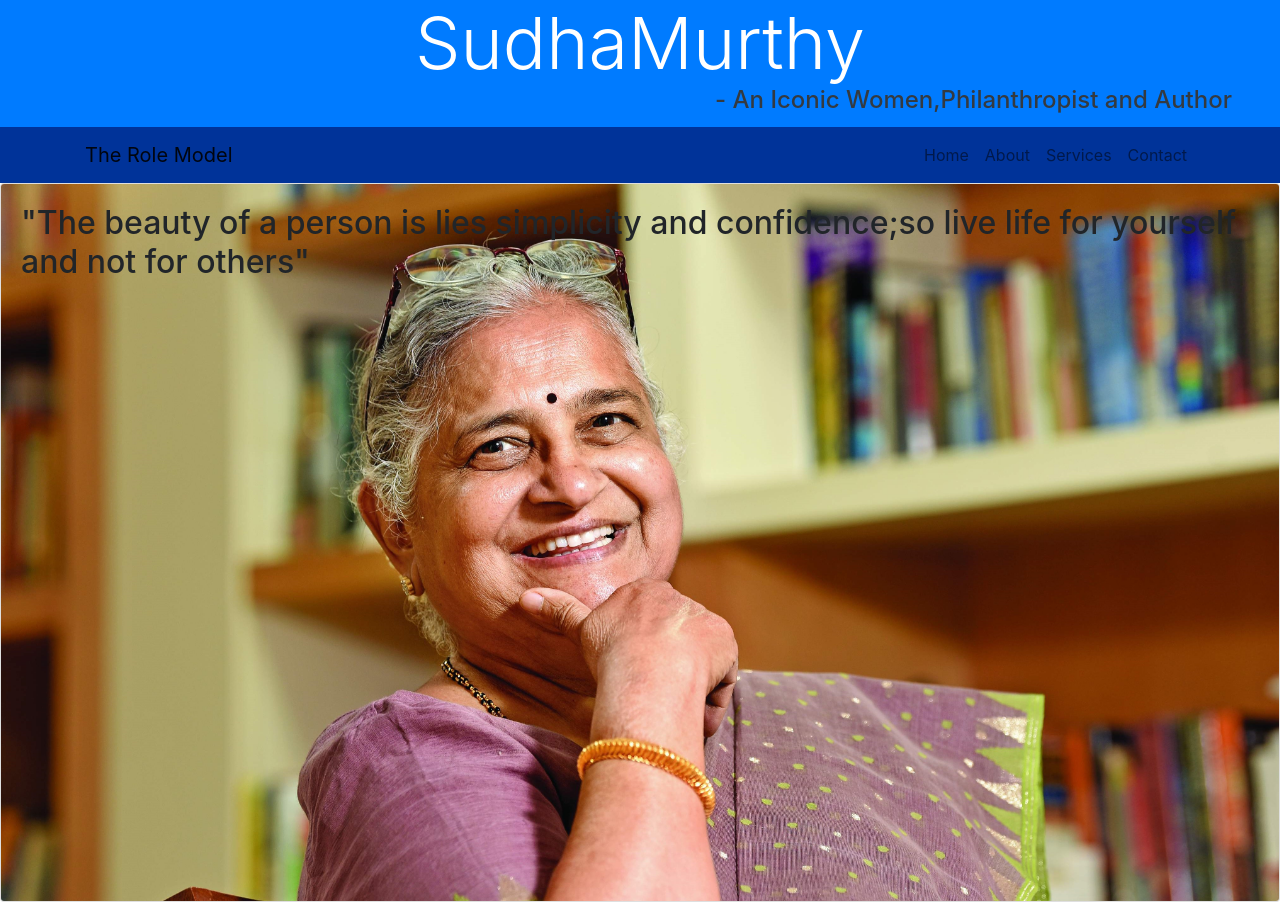
Repository: sumanthr18/RoleModel
Page: index.html
An editor plug-in stored every save of this project. The page is shown before and after the next save, followed by the edit.
The browser window is 1280 px wide. The pictures show the whole page.

Above is the page before, as saved 2020-03-14 16:48:48.

### index.html
<!DOCTYPE html>
<html lang="en">
<head>
    <meta charset="UTF-8">
    <meta name="viewport" content="width=device-width, initial-scale=1.0">
    <title>SudhaMurthy</title>
    <link rel="stylesheet" href="https://stackpath.bootstrapcdn.com/bootstrap/4.4.1/css/bootstrap.min.css" integrity="sha384-Vkoo8x4CGsO3+Hhxv8T/Q5PaXtkKtu6ug5TOeNV6gBiFeWPGFN9MuhOf23Q9Ifjh" crossorigin="anonymous">
</head>
<body>
    <header class="bg-primary pb-1">
        <h1 class="display-3 text-center my-0 text-white ">SudhaMurthy</h1>
        <h4 class="text-right mr-5 text-dark">- An Iconic Women,Philanthropist and Author</h4>
    </header>
    <nav style="background-color: #003399;" class="navbar navbar-expand-sm navbar-light mb-0">
        <div class="container">
            <a class="navbar-brand" href="#">The Role Model</a>
            <button class="navbar-toggler" data-toggle="collapse" data-target="#navbarNav">
                <span class="navbar-toggler-icon"></span>
            </button>
            <div class="collapse navbar-collapse" id="navbarNav">
                <ul class="navbar-nav ml-auto">
                    <li class="nav-item">
                        <a class="nav-link" href="#">Home</a>
                    </li>
                    <li class="nav-item">
                        <a class="nav-link" href="#">About</a>
                    </li>
                    <li class="nav-item">
                        <a class="nav-link" href="#">Services</a>
                    </li>
                    <li class="nav-item">
                        <a class="nav-link" href="#">Contact</a>
                    </li>
                </ul>
            </div>
        </div>
    </nav>
    <div class="card">
        <img class="card-img" src="Sudha_Murty_1-update.jpg">
        <div class="card-img-overlay">
            <h2 class="card-text">"The beauty of a person is lies simplicity and confidence;so live life for yourself and not for others"</h2>
        </div>
    </div>
</body>
</html>

After the next save:
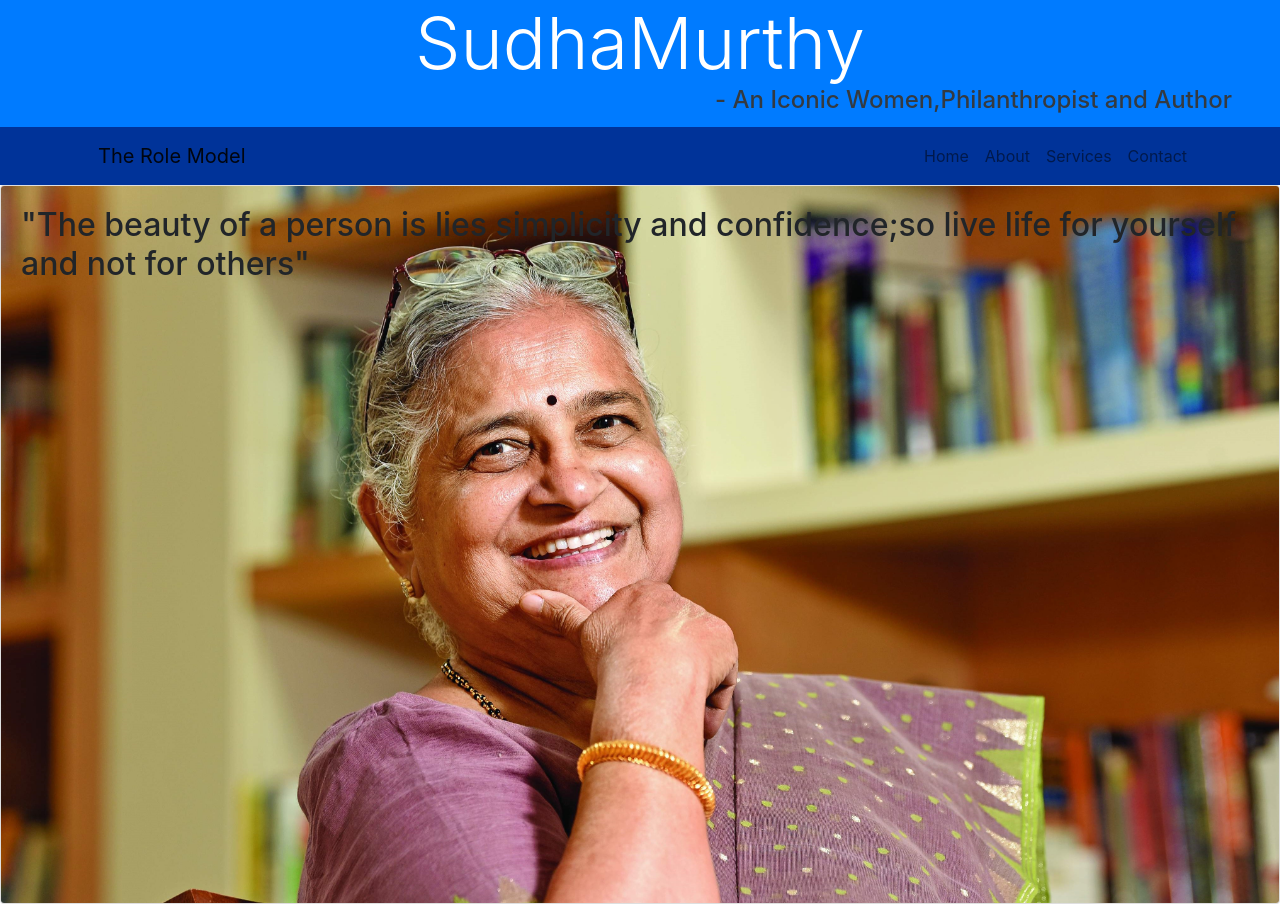
Saved 13 s later.
--- a/index.html
+++ b/index.html
@@ -13,7 +13,7 @@
     </header>
     <nav style="background-color: #003399;" class="navbar navbar-expand-sm navbar-light mb-0">
         <div class="container">
-            <a class="navbar-brand" href="#">The Role Model</a>
+            <a class="navbar-brand btn" href="#">The Role Model</a>
             <button class="navbar-toggler" data-toggle="collapse" data-target="#navbarNav">
                 <span class="navbar-toggler-icon"></span>
             </button>
